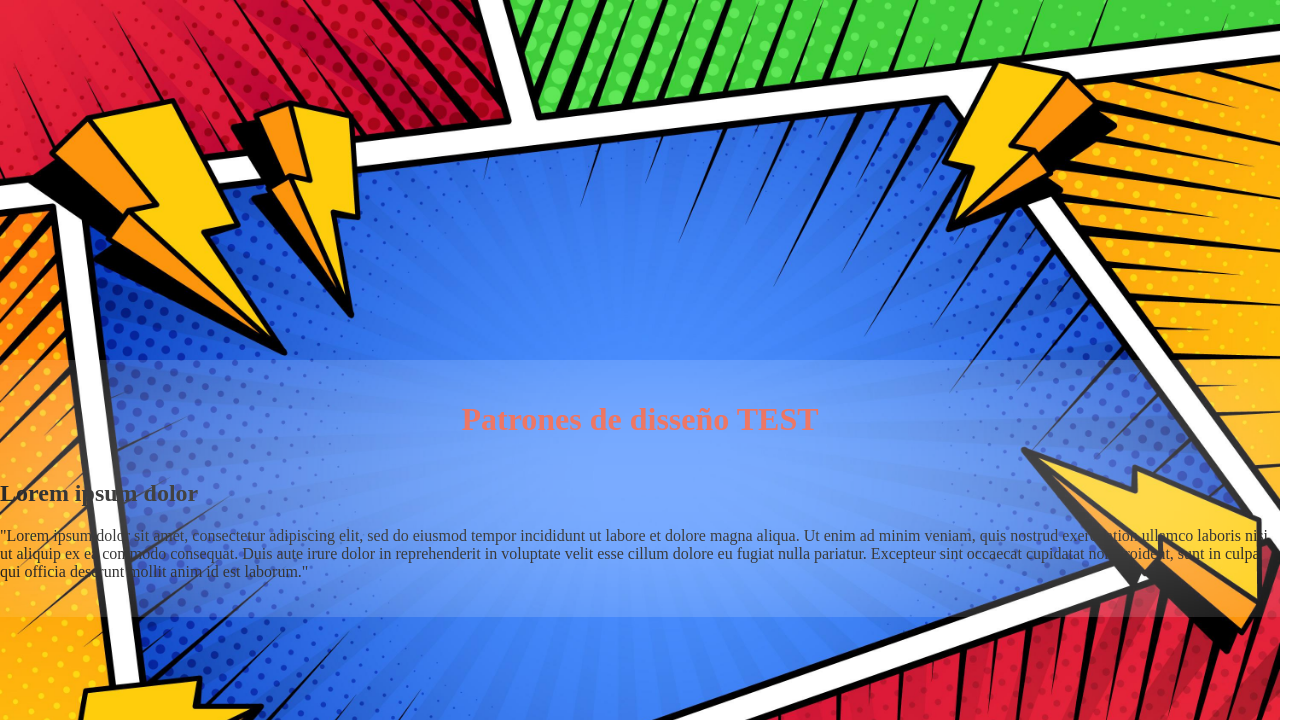
Repository: nrsWebs/design-pattern-es
Page: test.html
These files come from the project's save history. The page is drawn as it stood at one moment and after the next save; the edit follows.
The browser window is 1280 px wide. The page is 1300 px wide, so the pictures cover 1300 px, including what lies to the right of the window. The pictures show the whole page.

Above is the page before, as saved 2021-02-06 19:14:51.

### test.html
<!DOCTYPE html>
<html>
<head>
<script src="https://ajax.googleapis.com/ajax/libs/jquery/3.5.1/jquery.min.js"></script>
<link rel="stylesheet" href="source/main.css">
</head>
<body>
    <div class="main-content">

        <div class="box">
            <div class="glass"></div>
            <h1>Patrones de disseño TEST</h1>
            <div class="information">
                <h2>Lorem ipsum dolor</h2>
                <p>"Lorem ipsum dolor sit amet, consectetur adipiscing elit, sed do eiusmod tempor incididunt ut labore et dolore magna aliqua. Ut enim ad minim veniam, quis nostrud exercitation ullamco laboris nisi ut aliquip ex ea commodo consequat. Duis aute irure dolor in reprehenderit in voluptate velit esse cillum dolore eu fugiat nulla pariatur. Excepteur sint occaecat cupidatat non proident, sunt in culpa qui officia deserunt mollit anim id est laborum."</p>
                <a href="test.html"
            </div>
        </div>
    </div>
</body>
<footer>
    <a class="hidden-container" href="https://www.freepik.es/vectores/fondo">Vector de Fondo creado por coolvector - www.freepik.es</a>
</footer>
</html>

### source/main.css
:root {
    --main: #000;
    --secondary:  #E94F37;
}
.hidden-container{
    display: none;;
}
body {
    background-image: url('./images/4845746.jpg');
     background-repeat: no-repeat;
    background-attachment: fixed;
    background-size: cover;
    display: flex;
    justify-content: center;
    width: 100%;
    color: var(--main)
}
.main-content{
    display: block;
    width: 100%;

}
h1{
    text-align: center;
    color: var(--secondary)
}
.box {
    display: flex;
    flex-direction: column;
    justify-content: space-around;
    width: 100%;
    max-width: 1440px;
    padding: 20px;
    position: absolute;
    top: 50%;
    left: 50%;
    transform: translateY(-50%);
    transform: translateX(-50%);
    overflow: hidden;
    border-radius: 10px;
}
/* GLASS EFFECT */
.glass{
    background: inherit;
    width: 100%;
    height: 100%;
}
.glass:before {
    content: '';
    width: 100%;
    height: 100%;
    background: inherit;
    position: absolute;
    left: 0;
    right: 0;
    top: 0;
    bottom: 0;
    box-shadow: inset 0 0 0 200px rgba(255,255,255,0.3);
    filter: blur(90px);
    border-radius: 5px;
}

After the next save:
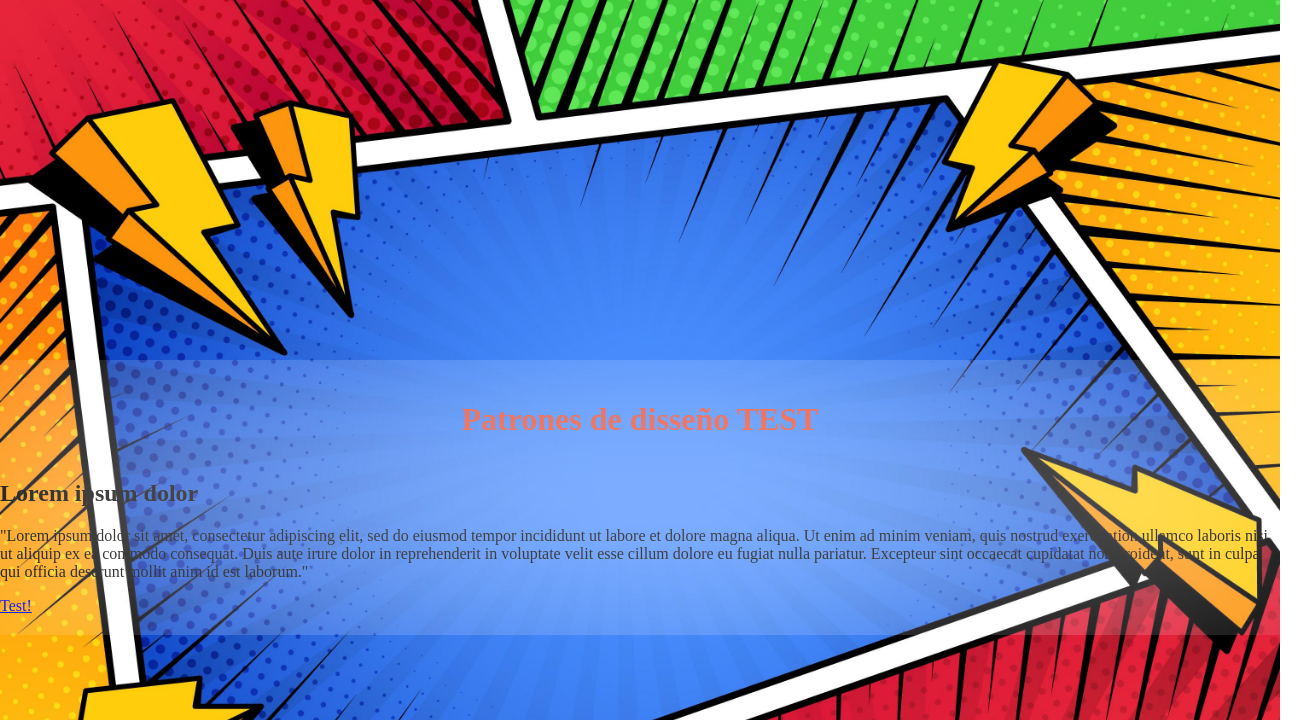
Saved 13 s later.
--- a/test.html
+++ b/test.html
@@ -13,7 +13,7 @@
             <div class="information">
                 <h2>Lorem ipsum dolor</h2>
                 <p>"Lorem ipsum dolor sit amet, consectetur adipiscing elit, sed do eiusmod tempor incididunt ut labore et dolore magna aliqua. Ut enim ad minim veniam, quis nostrud exercitation ullamco laboris nisi ut aliquip ex ea commodo consequat. Duis aute irure dolor in reprehenderit in voluptate velit esse cillum dolore eu fugiat nulla pariatur. Excepteur sint occaecat cupidatat non proident, sunt in culpa qui officia deserunt mollit anim id est laborum."</p>
-                <a href="test.html"
+                <a href="test.html">Test!</a>
             </div>
         </div>
     </div>
